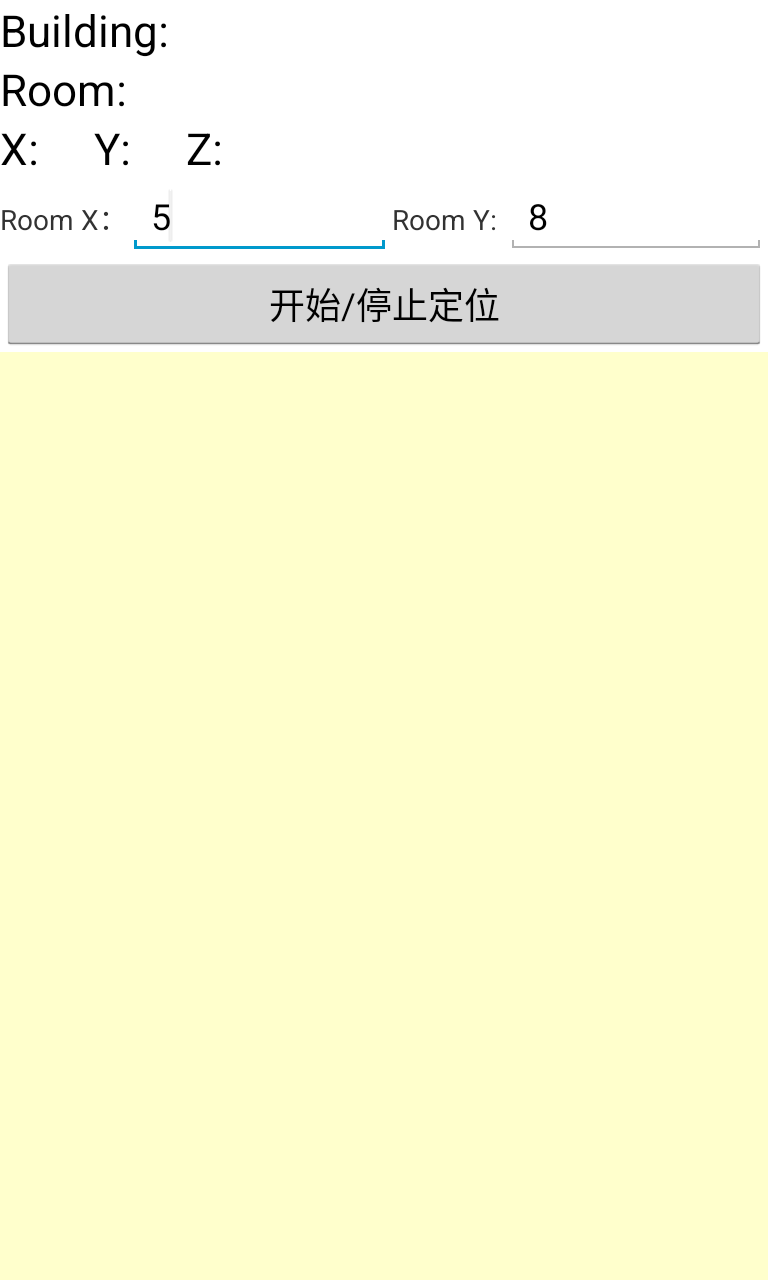
Repository: RenchuSong/tMap_Android
Layout: tmap_model_tool/res/layout/locating.xml
The author's editor kept a copy of each file at every save. The layout is drawn from the files as they stood at one save, then again after the next save.
It is drawn on a 768 x 1280 px phone screen (xhdpi) without system bars, with theme AppTheme; the app's code is not run.

Above is the layout before, as saved 2014-05-11 22:35:14.

### tmap_model_tool/res/layout/locating.xml
<?xml version="1.0" encoding="utf-8"?>
<LinearLayout xmlns:android="http://schemas.android.com/apk/res/android"
    android:layout_width="match_parent"
    android:layout_height="match_parent"
    android:orientation="vertical" >

    <TextView
        android:id="@+id/building"
        android:layout_width="match_parent"
        android:layout_height="wrap_content"
        android:text="Building:"
        android:textAppearance="?android:attr/textAppearanceLarge" />

    <TextView
        android:id="@+id/room"
        android:layout_width="match_parent"
        android:layout_height="wrap_content"
        android:text="Room:"
        android:textAppearance="?android:attr/textAppearanceLarge" />

    <TextView
        android:id="@+id/location"
        android:layout_width="match_parent"
        android:layout_height="wrap_content"
        android:text="X:     Y:     Z:"
        android:textAppearance="?android:attr/textAppearanceLarge" />

    <LinearLayout
        android:layout_width="match_parent"
        android:layout_height="wrap_content" >

        <TextView
            android:id="@+id/textView1"
            android:layout_width="wrap_content"
            android:layout_height="wrap_content"
            android:text="Room X："/>

        <EditText
            android:id="@+id/xRange"
            android:layout_width="wrap_content"
            android:layout_height="wrap_content"
            android:layout_weight="1"
            android:ems="10"
            android:text="5" >

            <requestFocus />
        </EditText>

        <TextView
            android:id="@+id/textView2"
            android:layout_width="wrap_content"
            android:layout_height="wrap_content"
            android:text="Room Y: " />

        <EditText
            android:id="@+id/yRange"
            android:layout_width="wrap_content"
            android:layout_height="wrap_content"
            android:layout_weight="1"
            android:ems="10"
            android:text="8" />

    </LinearLayout>

    <Button
        android:id="@+id/start_stop"
        android:layout_width="match_parent"
        android:layout_height="wrap_content"
        android:text="开始/停止定位" />

    <RelativeLayout
        android:layout_width="match_parent"
        android:layout_height="match_parent"
        android:background="#ffffcc" >
    </RelativeLayout>

</LinearLayout>

Loaded but not shown: tmap_model_tool/res/values/styles.xml (common file); tmap_model_tool/res/values-v11/styles.xml (common file); tmap_model_tool/res/values-v14/styles.xml (common file)

After the next save:
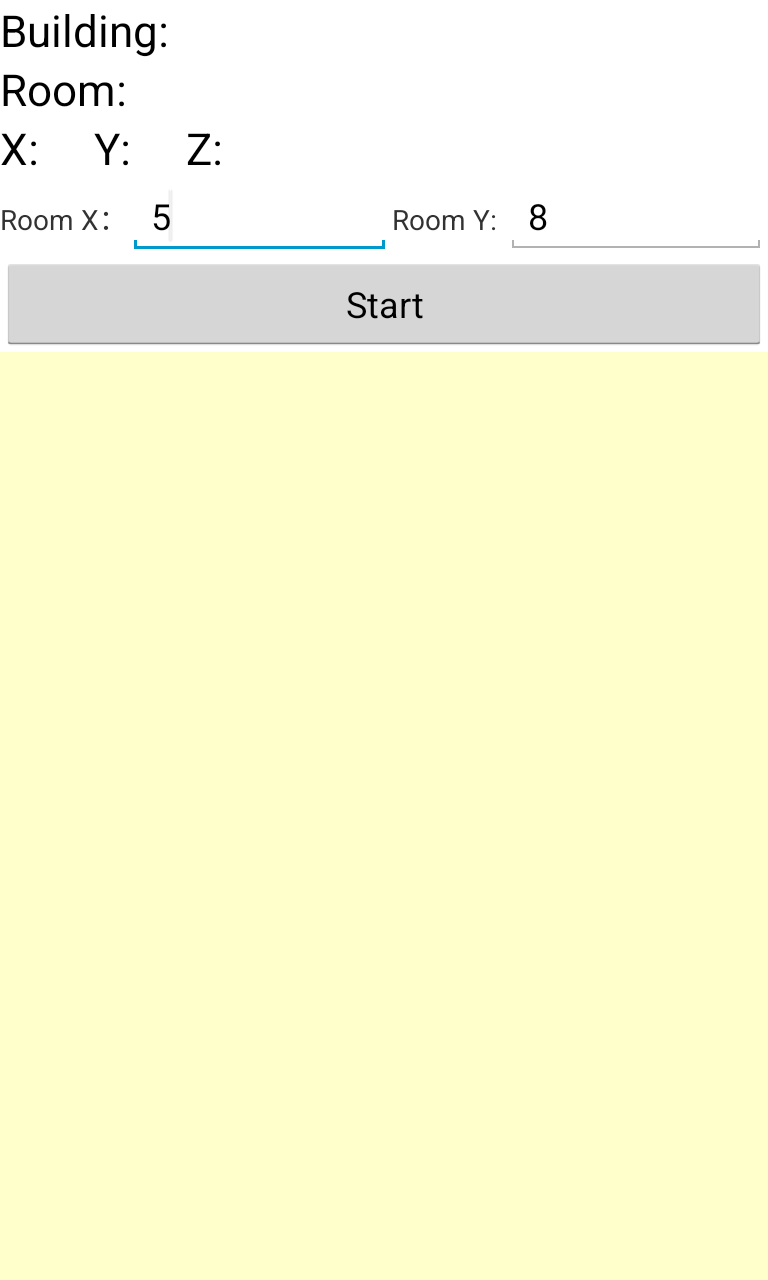
Saved 20 s later.
--- a/tmap_model_tool/res/layout/locating.xml
+++ b/tmap_model_tool/res/layout/locating.xml
@@ -66,7 +66,7 @@
         android:id="@+id/start_stop"
         android:layout_width="match_parent"
         android:layout_height="wrap_content"
-        android:text="开始/停止定位" />
+        android:text="Start" />
 
     <RelativeLayout
         android:layout_width="match_parent"
